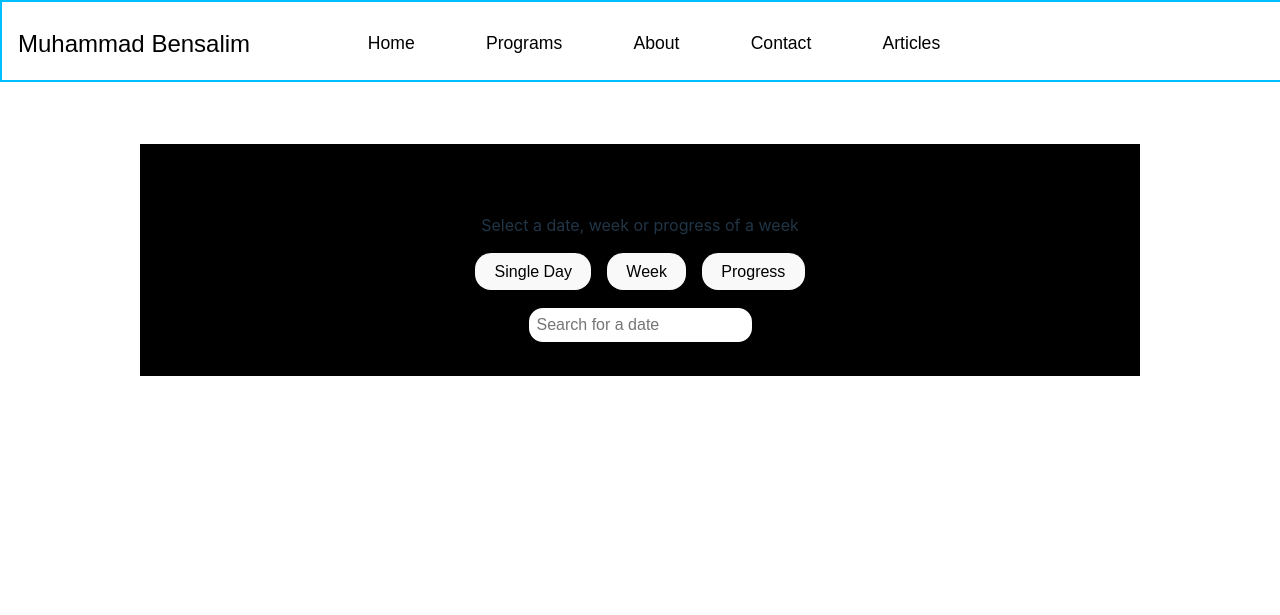
Repository: TMuse333/fitness_templates
Page: /progress, after clicking the first element matching `button`
These files come from the project's save history. The page is drawn as it stood at one moment and after a run of saves; the edit follows.
The browser window is 1280 px wide. The pictures show the whole page.
The project was rebuilt for these pictures with package versions that can differ from the ones it lists, and the page was loaded fresh each time. Also part of the build but not shown: vite.config.js, src/components/herobanner/herobanner.css, src/components/herobanner/herobanner.jsx, src/components/about/about.css, src/components/about/about.jsx, src/components/serviceOffering/serviceOffering.css, src/components/serviceOffering/serviceOffering.jsx, src/components/content/content.css and 37 more. Imported but missing from the stored project, and not drawn on this page: src/media/best_dunk.mp4.

Above is the page before, as saved 2024-03-14 18:30:03.

### src/main.jsx
import './index.css'
import * as React from 'react';
import { StrictMode } from 'react';
import { createRoot } from 'react-dom/client';
import { BrowserRouter } from 'react-router-dom';

import App from './App';
import { WorkoutProvider } from './context/context';

const rootElement = document.getElementById('root');
const root = createRoot(rootElement);

root.render(


  <WorkoutProvider>
  <StrictMode>
    <BrowserRouter>
      <App />
    </BrowserRouter>
  </StrictMode>
</WorkoutProvider>
);

### src/index.css
:root {
  font-family: Inter, system-ui, Avenir, Helvetica, Arial, sans-serif;
  line-height: 1.5;
  font-weight: 400;

  color-scheme: light dark;
  color: rgba(255, 255, 255, 0.87);
  background-color: #242424;

  font-synthesis: none;
  text-rendering: optimizeLegibility;
  -webkit-font-smoothing: antialiased;
  -moz-osx-font-smoothing: grayscale;
}

a {
  font-weight: 500;

  text-decoration: inherit;
}
a:hover {

}

body {
  margin: 0;
  display: flex;
  place-items: center;
  min-width: 320px;
  min-height: 100vh;
}

h1 {
  font-size: 3.2em;
  line-height: 1.1;
}

button {
/* border: none;
  padding: 0.6em 1.2em;
  font-size: 1em;
  font-weight: 500;
  font-family: inherit;

  cursor: pointer;
  transition: border-color 0.25s;
  transition: all 0.3s ease-in; */
  background-color: #00bfff;

  font-size: 1.5rem;
  border-radius: 1rem;
  padding: 0.6rem 1.2rem;
  font-weight: 500;
  border: none;
  margin: 0 auto;
}
button:hover {
  /* transform: scale(1.3); */

}
button:focus,
button:focus-visible {
  outline: 4px auto -webkit-focus-ring-color;
}

@media (prefers-color-scheme: light) {
  :root {
    color: #213547;
    background-color: #ffffff;
  }
  a:hover {
    color: #747bff;
  }
  button {
    background-color: #f9f9f9;
  }
}

### src/App.jsx
import { useState } from 'react'

import './App.css'
import Homepage from '../pages/homepage'
import Program from '../pages/program';
import { BrowserRouter as Router, Route, Routes } from 'react-router-dom';
import Contact from '../pages/contact';
import About from '../pages/about';
import Articles from '../pages/articles';
import Progress from '../pages/progress';
import { WorkoutProvider } from './context/context';


function App() {
  const [count, setCount] = useState(0)

  return (
    <>



    <Routes>
      <Route path='/'
        element={<Homepage/>}
        />
        <Route path='programs'
        element={<Program/>}
        />
        <Route path='contact'
        element={<Contact/>}
        />
        <Route path='about'
        element={<About/>}
        />
        <Route path='articles'
        element={<Articles/>}
        />
        <Route path='progress'
        element={<Progress/>}
        />
    </Routes>


    </>
  )
}

export default App

### src/App.css
#root {
  max-width: 1280px;
  margin: 0 auto;
  padding: 2rem;
  text-align: center;
}

.logo {
  height: 6em;
  padding: 1.5em;
  will-change: filter;
  transition: filter 300ms;
}
.logo:hover {
  filter: drop-shadow(0 0 2em #646cffaa);
}
.logo.react:hover {
  filter: drop-shadow(0 0 2em #61dafbaa);
}

.homepage{
  position: absolute;
  left:0;
  top:0;
  overflow-x: hidden;
  background: radial-gradient(circle at center, rgba(1, 181, 241, 0.7), rgba(24, 60, 84, 0.7));
}

.program-container, .personal-container, .articles-container
{
  position: absolute;
  top:0;
  left:0;
  overflow-x: hidden;
}

.progress-container{
  position: absolute;
  left:0;
  top:20%;
  overflow-x: hidden;
  display: flex;
  justify-content: center;
  width:100vw;
  align-items: center;
}

.program-video{
  background-color: red;
}

.questions-list{
  margin-bottom: 3rem;
}



@keyframes logo-spin {
  from {
    transform: rotate(0deg);
  }
  to {
    transform: rotate(360deg);
  }
}

@media (prefers-reduced-motion: no-preference) {
  a:nth-of-type(2) .logo {
    animation: logo-spin infinite 20s linear;
  }
}

.card {
  padding: 2em;
}

.read-the-docs {
  color: #888;
}

### pages/progress.jsx
import React, {useEffect}from "react";
import Navbar from "../src/components/navbar/navbar";
import Login from "../src/components/login/Login";
import Footer from "../src/components/footer/footer";
import Tracker from "../src/components/tracker/tracker";
import { useWorkout } from "../src/context/context";
import InsertData from "../src/components/insertData/insertData";
import { workoutData } from "../src/data/data";
import ExerciseDisplay from "../src/components/exerciseDisplay/ExerciseDisplay";


const Progress = () => {

    const links = [
        {
            dest:'/',
            name:'Home'
          },
        {
            dest:'/programs',
            name:'Programs'
        },
        {
            dest:'/about',
            name:'About'
        },
        {
            dest:'/contact',
            name:'Contact'
        },
        {
            dest:'/articles',
            name:"Articles"
        },

    ]

    const {loggedIn,setLoggedIn,viewData,insertData} =
    useWorkout()

    useEffect(() => {
        // Reset loggedIn to false when the component mounts
        setLoggedIn(false);
      }, []); // Empty dependency array ensures this effect runs only once



    return (
    <>
<Navbar links={links}
/>
<div className="progress-container"
>


       {/* <Login/> */}



       {/* <ExerciseDisplay
       workoutData={workoutData}
       /> */}



   {viewData ? (
    <Tracker/>
   ) : insertData ? (
   <InsertData/>
   ) : <Login/>}





       </div>

        </>

    )
}


export default Progress

### src/components/navbar/navbar.jsx
import React, { useState,useEffect } from 'react';
// import { FaArrowLeft, FaArrowRight } from 'react-icons/fa';
import { Link } from 'react-router-dom';
import './navbar.css'

import nobg from '../../media/quantum-striker-pose.png'





const Navbar = ({links,id}) => {
  const [subMenuVisible, setSubMenuVisible] = useState(false);
  const [isMobile, setIsMobile] = useState(true)
  const [hovered, setHovered] = useState(false)
  const [navHovered, setNavHovered] = useState(null)

  const handleMouseEnter = () => {
    setHovered(true)
  }

  const handleMouseLeave = () => {
    setHovered(false)
  }

  const handleNavEnter = (index) => {
    setNavHovered(index);
  };

  const handleNavLeave = () => {
    setNavHovered(null);
  };

  const toggleSubMenu = () => {

    setSubMenuVisible(!subMenuVisible);
  };


  useEffect(() => {
    // Function to update sub-menu visibility when the screen width changes
    const handleResize = () => {
      const screenWidth = window.innerWidth;
      setIsMobile(!(screenWidth >= 865)); // Set subMenuVisible to true if screen width is at least 415 pixels
    };

    // Add a resize event listener to update the sub-menu visibility
    window.addEventListener('resize', handleResize);

    // Initial call to set sub-menu visibility based on current screen width
    handleResize();

    // Clean up the event listener when the component unmounts
    return () => {
      window.removeEventListener('resize', handleResize);
    };
  }, []);

  const style = {
height: isMobile && !subMenuVisible ? '0px' :  isMobile ? '240px' : 'auto',
overflowY:'hidden',
width: isMobile ?'80px':'auto',
backgroundImage: isMobile ? 'linear-gradient(to right, #00bfff, #4db8ff, #64bcff, #00bfff)' : null,
transition: isMobile? 'height 0.3s ease-in,padding 0.3s ease-in' : null,
marginTop: isMobile ? '1rem' : null,
borderRadius:'10px',
paddingTop:subMenuVisible ?'1rem' : '0'



  };

  const navStyle = (index) => {

    return{
      backgroundColor: navHovered === index? '#00bfff' : null,
      padding:'0 0.55rem 0 0.55rem',
      borderRadius:'7px',
      // color:navHovered === index? '#6c5933' : null,
    }
  }

  const logoStyle = {
    transform: hovered || subMenuVisible? 'scale(1.3)' : 'scale(1)',
    width:'50px',
    transition:'all ease-in 0.3s',
    backgroundColor:'transparent',
    marginTop:'-1rem'
  }

  return (

    <div className='navbar-container'
    id={id}>
    <p
          className='big-logo'
          style={logoStyle}
          />
    <div className='navbar-logo'>

   <Link to='/'
   className='home-nav'>


        <p className='navbar-logo'
      >Muhammad Bensalim</p>
       </Link>

      </div>




      <div className='list-container'>
        <button onClick={toggleSubMenu}

        className='mini-logo'

        >



       <img style={logoStyle}
       onMouseEnter={handleMouseEnter}
       onMouseLeave={handleMouseLeave}
       src={nobg}

 />
        </button>
        <ul
        className='nav-list'
        style={style}

         >

          {links.map((link,index) => (
            <Link to={link.dest}
            key={index}
            className='nav-link'>
                <li
                onMouseEnter={()=>handleNavEnter(index)}
                onMouseLeave={()=>handleNavLeave()}
                style={navStyle(index)}>
                  {link.name}
                </li>
            </Link>
          ))}

        </ul>
      </div>




       </div>

  );
};

export default Navbar;

### src/components/login/Login.jsx
import React, { useState } from "react";
import { useWorkout } from "../../context/context";
import Footer from "../footer/footer";
import "./login.css";

const Login = () => {
  const { loggedIn, setLoggedIn,
setViewData, setInsertData } = useWorkout();

  const [username, setUsername] = useState("");
  const [password, setPassword] = useState("");
  const [error, setError] = useState("");
  const [rememberMe, setRememberMe] = useState(false);
  const [showOptions, setShowOptions] = useState(true);

  const handleSubmit = (event) => {
    event.preventDefault();

    // Check if the entered credentials match the correct ones
    if (username === credentials.username && password === credentials.password) {
      setLoggedIn(true);
      setError("");
      setShowOptions(true); // Show options after successful login
    } else {
      // Display error message for unrecognized username or incorrect password
      setError("Invalid username or password");
    }
  };

  const handleViewData = () => {
    setViewData(true)
    // Handle action for viewing data
    console.log("View data clicked");
  };

  const handleInsertData = () => {
    setInsertData(true)
    // Handle action for inserting data
    console.log("Insert data clicked");
  };

  const credentials = {
    username: "tom",
    password: "realOne33",
  };

  return (
    <>

{!showOptions ? (



      <div className="login-container">
        <h2>Log in</h2>
        <div className="login-box">
          <form onSubmit={handleSubmit}>
            <div className="form-group">
              <input
                type="text"
                id="username"
                name="username"
                placeholder="Username"
                value={username}
                onChange={(e) => setUsername(e.target.value)}
              />
            </div>

            <div className="form-group">
              <input
                type="password"
                id="password"
                name="password"
                placeholder="Password"
                value={password}
                onChange={(e) => setPassword(e.target.value)}
              />
            </div>

            {error && <p className="error-message">{error}</p>}

            <div className="remember-me">
              <label>
                <input type="checkbox" />
                Remember me
              </label>
            </div>

            <button className="login-button" type="submit">
              Log in
            </button>
          </form>
        </div>
        <p>New user? Click here</p>
        <p>Forgot password? Click here</p>
      </div>

) : (
    <div className="tracker-options-container">
      <h2>Welcome, {username}!</h2>
      <p>What would you like to do?</p>

      <button style={{
        marginRight:'1rem'
      }}
      onClick={handleViewData}>View Data</button>
      <button style={{
        marginLeft:'1rem'
      }}
       onClick={handleInsertData}>Insert Data</button>
    </div>
  )
}


    </>
  );
};

export default Login;

### src/components/tracker/tracker.jsx
import React, {useState,useEffect} from "react";
import DatePicker from "react-datepicker";
import "react-datepicker/dist/react-datepicker.css";
import { useWorkout } from "../../context/context";
import "./tracker.css";
import { FaArrowRight } from 'react-icons/fa';
import { FaArrowLeft } from "react-icons/fa";
import ExerciseDisplay from "../exerciseDisplay/ExerciseDisplay";

const Tracker = () => {
  const {
    selectedDate,
    handleDateChange,
    handleWeekSelection,
    handleDateSelection,
    filteredWorkouts,
    calculateProgress,
    handleProgressSelection,
    weeklyProgressSelected,
    progressData,
    dateSelected,
    weekSelected,
    handleReturnClick,
    setViewData,
    setInsertData
  } = useWorkout();

  const [selectedExerciseIndex, setSelectedExerciseIndex] = useState(0);

const handleViewData = () => {
setInsertData(true)
    setViewData(false)
}

  const progressDataLength = progressData.length;

  const nextExercise = () => {
    // Increment the index, and loop back to 0 if at the end
    setSelectedExerciseIndex((prevIndex) => (prevIndex + 1) % progressDataLength);
  };

  const prevExercise = () => {
    // Decrement the index, and loop to the end if at the beginning
    setSelectedExerciseIndex((prevIndex) => (prevIndex - 1 + progressDataLength) % progressDataLength);
  };

  const trackerText =
  dateSelected ? 'Select which day you want to view' :
  weekSelected ? 'Select the week you want to view' :
  weeklyProgressSelected ? 'Select the week of progress you want to view' :
  'Select a date, week or progress of a week'

  useEffect(()=> {
    console.log('filtered data:',filteredWorkouts)
  },[filteredWorkouts])


  return (
    <div className="tracker-container">
        <button onClick={handleViewData}
        className="tracker-button tracker-insert-button">
            Insert data
        </button>
      <p>{trackerText}</p>
      <div >
        <button className="tracker-button"
         onClick={handleDateSelection}>Single Day</button>
        <button className="tracker-button"
         onClick={handleWeekSelection}>Week</button>
        <button className="tracker-button"
        onClick={handleProgressSelection}>Progress</button>
      </div>


    <form className="tracker-form">
    <DatePicker
      placeholderText="Search for a date"
      selected={selectedDate}
      onChange={handleDateChange}
      className="date-picker"
    />
  </form>




      {filteredWorkouts.length > 0 &&   !weeklyProgressSelected  ?(
       <div>

       <button onClick={handleReturnClick}
       className='tracker-button'
       >Back</button>

       <ExerciseDisplay
       workoutData={filteredWorkouts}
       />

        {/* <div className="workout-boxes">

          {filteredWorkouts.map((workout, index) => (
            <div key={index} className="exercise-date">
                <h2>
                {workout.date.toDateString()}
                </h2>

              <div className="exercise-boxes">

              {workout.exercises.map((exercise, exerciseIndex) => (
                <div key={exerciseIndex} className="exercise-box">
                  <strong>Exercise:</strong> {exercise.name}
                  {exercise.sets.map((set, setIndex) => (
                    <div key={setIndex}>
                      <strong>Set {setIndex + 1}:</strong> Weight: {set.weight}, Reps: {set.reps}
                    </div>
                  ))}
                </div>
              ))}
              </div>

            </div>

          ))}
        </div> */}
        </div>
      ) : dateSelected ? (
        <p>No workout done on this day</p>
      ) : null}

      {/* Render progress data */}

      {weeklyProgressSelected && (
      <div className="weekly-progress-container">

        <button onClick={handleReturnClick}
        className="tracker-button">Return</button>

        <div className="progress-nav">

        <button className="progress-button"
        onClick={prevExercise} disabled={progressDataLength <= 1 || selectedExerciseIndex === 0}>
          <FaArrowLeft/>
        </button>

        <h2>Weekly Progress</h2>

        <button className="progress-button"
        onClick={nextExercise} disabled={progressDataLength <= 1 || selectedExerciseIndex === progressDataLength - 1}>
          <FaArrowRight/>
        </button>
            </div>



<div className="tracker-progress-boxes">

{progressData.map((exercise, index) => (
      // Only display the selected exercise
      (index === selectedExerciseIndex && (
        <div key={exercise.name} className="exercise-progress">
          <h3>{exercise.name}</h3>

<div className="workout-progress-boxes">

          {exercise.workouts.map((workout) => (
            <div key={workout.date} className="workout-progress">
              <p>Date: {workout.date.toLocaleDateString()}</p>

              {workout.sets.map((set, setIndex) => (
                <div key={setIndex} style={{ marginBottom: '0.52rem' }}>
                  Set {setIndex + 1}: {set.weight}lbs for {set.reps}
                </div>
              ))}

              <p>Total weight: {workout.totalWeight}lbs</p>

            </div>
          ))}
              </div>
        </div>
      ))
    ))}
        </div>



      </div>
    )}


    </div>
  );
};

export default Tracker;

### src/components/navbar/navbar.css
/* Add this to your navbar.css file */

.navbar-container{


    position: fixed;
     width: 100vw;

     top: 0px;
     left:0px;
     background:rgba(255, 255, 255, 0.7) ;

     height: 70px;
     z-index: 30;
  padding-top: 0.5rem;
  border-bottom: 2px solid #333;

    border: 2px solid #00bfff;

   }

   #overview-nav{
    background: radial-gradient(circle at center, rgba(0, 153, 205, 0.7), rgba(48, 115, 160, 0.9));
   }

   .big-logo{
     display: none;
   }

   .list-container {
    color:white;
    transform: translateY(-2.5rem);
    width:min-content;
    margin-left: auto;
    /* background-color: #BE9F5B; */
    margin-right: 2rem;
  /* background: linear-gradient(to right, #6c5933, #be9f5b, #6c5933);; */



   }

   .nav-list{
     /* margin-right: 2rem; */
     width: 50px;
     align-items: center;
     display:flex;
     flex-direction: column;
     margin-right: -1.5rem;
     color:black;
     /* background-color: #BE9F5B;
     background: linear-gradient(to right, #6c5933, #be9f5b, #6c5933); */
   }

   .home-nav{
    text-decoration: none;
   }

   .list-container li{
     list-style-type: none;
     /* transform: translateX(-25%); */
     padding:10px;
     color:black;
     font-weight: 500;
     transform: translateX(-1rem);
     font-family: 'Palatino Sans', 'Palatino Sans Informal', 'Palatino Sans Text', 'Palatino Sans W1G', 'Palatino Sans W01', sans-serif;
    text-decoration: none;
    margin-top: 0.5rem;
    margin-bottom: 1rem;
    /* color:white; */



     /* margin-top: -2rem; */

   }

   .list-container li a {
    text-decoration: none;
    color:white;
   }

   .mini-logo {
     display: flex;
     justify-content: center;
     align-items: center;
     margin-top: -1rem;
     height: 2.5rem;
     width: 2rem; /* Set the width and height to make it a perfect circle */
     padding: 0; /* Remove padding */
     border-radius: 50%; /* Make it circular */
     margin-left: auto;

     /* margin-right: auto; */
     background-color: transparent;
     border-color: transparent;



   }

   .navbar-logo{
     color:black;
     text-align: left;
     margin-left: 0.5rem;
     font-family: 'Abhaya Libre', sans-serif;
     font-size: 1.3rem;
     margin-top: 1.3rem;
     /* background-color: #BE9F5B; */
     /* background-image: url(src/media/SAINEY-MEDIA.png); */

   }

   .nav-button::before,
   .nav-button::after {
     content: '';
     position: absolute;
     background-color: #d15959; /* Set the color of the lines */
     height: 2px; /* Set the height of the lines */
     width: 10%; /* Set the width of the lines */
   }

   .nav-button::before {
     top: 5%;
   }

   .nav-button::after {
     top: 8%;
   }

  .nav-link{
  text-decoration: none;
  color:white;
  }

  @media screen and (min-width:400px){
    .mini-logo{
      margin-right: 1.5rem;
    }
  }



   @media screen and (min-width: 865px)  {
     .nav-list {
       display: flex;
       width:max-content;
       flex-direction: row;
       justify-content: space-between;
       padding:0 5px 0 5px;
       margin-top: -0.8rem;
       height:100%;
       /* transform: translateX(1rem); */
       /* background-color: rgb(38, 37, 79); */
       /* background-color: #d15959; */




       /* background-color: ; */
     }

     /* .navbar-container{
      width:98vw;
     } */

     .list-container{
      width:45vw;
      margin-top: -1.5rem;
     }

     .list-container li{
      font-size: 1.1rem;
      font-weight: 400;
     }



     .nav-button{
       /* display: none; */
     }

     .list-container li{
       transform: translateX(0rem);
       white-space: nowrap;
       padding:0;
     }

     .list-container{

       margin-left: auto;
       margin-right: auto;
     }

     .mini-logo{
       display: none;
     }

     .navbar-logo{
      font-size: 1.5rem;
      margin-top: 1rem;
     }

     .big-logo{
       position: absolute;
       right:2rem;
       display: flex;
       top:1rem;
     }

     /* .navbar-logo{
       display: none;
     } */
   }

### src/components/tracker/tracker.css
.workout-boxes{
    margin: 0 auto;
}

.tracker-container{
    width:80vw;
    display: flex;
    flex-direction: column;
    justify-content: center;
    position: relative;
    background-color: black;
    max-width: 1000px;
}

.exercise-box{
    border: 2px solid white;
    margin-bottom: 1.5rem;
    padding: 1rem;
}

.exercise-date{
margin: 1rem auto;
}

.tracker-button  {
    font-size: 0.75rem;
    margin: 0 0.5rem 1rem 0.5rem;
    transition: all 0.3s ease-out;
    align-items: center;
    width:fit-content;

}

.tracker-button:hover{
    transform: scale(1.2);
}

.exercise-sets{
    margin-bottom: 1rem;
}



.date-picker{
    font-size: 1rem;
    padding:0.5rem;
    border-radius: 1rem;
    border: 2px solid black;
    position: relative;
    z-index: 2;
}

.tracker-form{
    margin-bottom: 2rem;
}

.workout-progress{
   border:2px solid white;
   margin-bottom: 2rem;
   padding-bottom: 2rem;
   width:90vw;
   margin-left:auto;
   margin-right: auto;
   /* max-width: 200px; */
}

.progress-nav{
    display: flex;
    align-items: center;

justify-content: center;
width:90vw;
margin: 0 auto;
}

.progress-button{
    font-size: 1rem;
    color:white;
    background-color: transparent;
}
.tracker-insert-button{
    background-color: transparent;
}

@media screen and (min-width:655px){

    .tracker-button{
        font-size: 1rem;
    }
    .tracker-progress-boxes{
        display: flex;
        flex-direction: column;
       /* grid-template-columns: repeat(auto-fill,minmax(33%,1fr)); */
        margin: 0 auto;
        width:100vw;
        justify-content: center;
        align-items: center;
        /* background-color: rgb(39, 30, 30); */

    }

    .workout-progress-boxes{
        display: grid;
        grid-template-columns: repeat(auto-fill,minmax(33%,1fr));
        width:100vw;
        max-width: 1500px;

    }

    .workout-progress{
        width:30vw;
        max-width: 460px;
    }

    .exercise-box{
        width:25vw;
        max-width: 390px;
        margin: 0 auto 2rem auto;
        height:25vw;
        max-height: 250px;
    }

    .exercise-boxes{
        display: grid;
        grid-template-columns: repeat(auto-fill,minmax(33%,1fr));
        width:100vw;
        /* background-color: rgb(40, 20, 20); */
        align-items: center;
        justify-content: center;

    }

    .progress-nav{
        margin:0 auto;
        max-width: 500px;
    }
}

Loaded but not shown: index.html (common file); src/data/data.js (487 lines, source omitted); src/context/context.jsx (238 lines, source omitted)

After the next 3 saves:
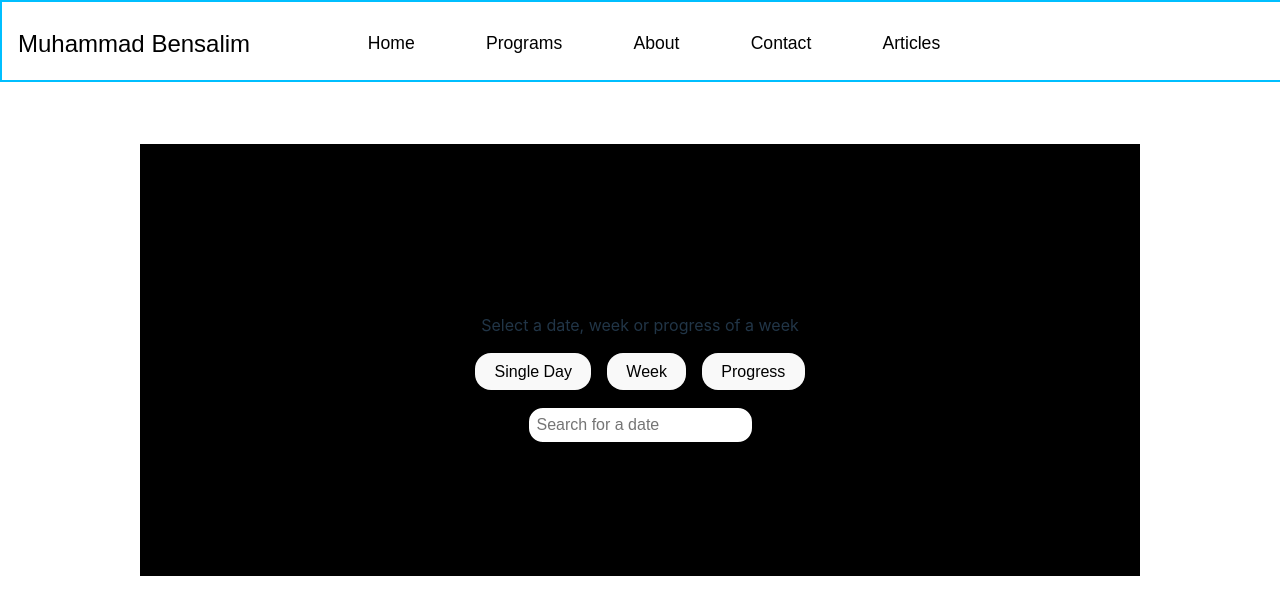
The 3 saves are shown as one change because they came seconds apart.
The last was saved 24 s later.
--- a/src/components/tracker/tracker.css
+++ b/src/components/tracker/tracker.css
@@ -9,6 +9,7 @@
     justify-content: center;
     position: relative;
     background-color: black;
+    height:60vh;
     max-width: 1000px;
 }
 
